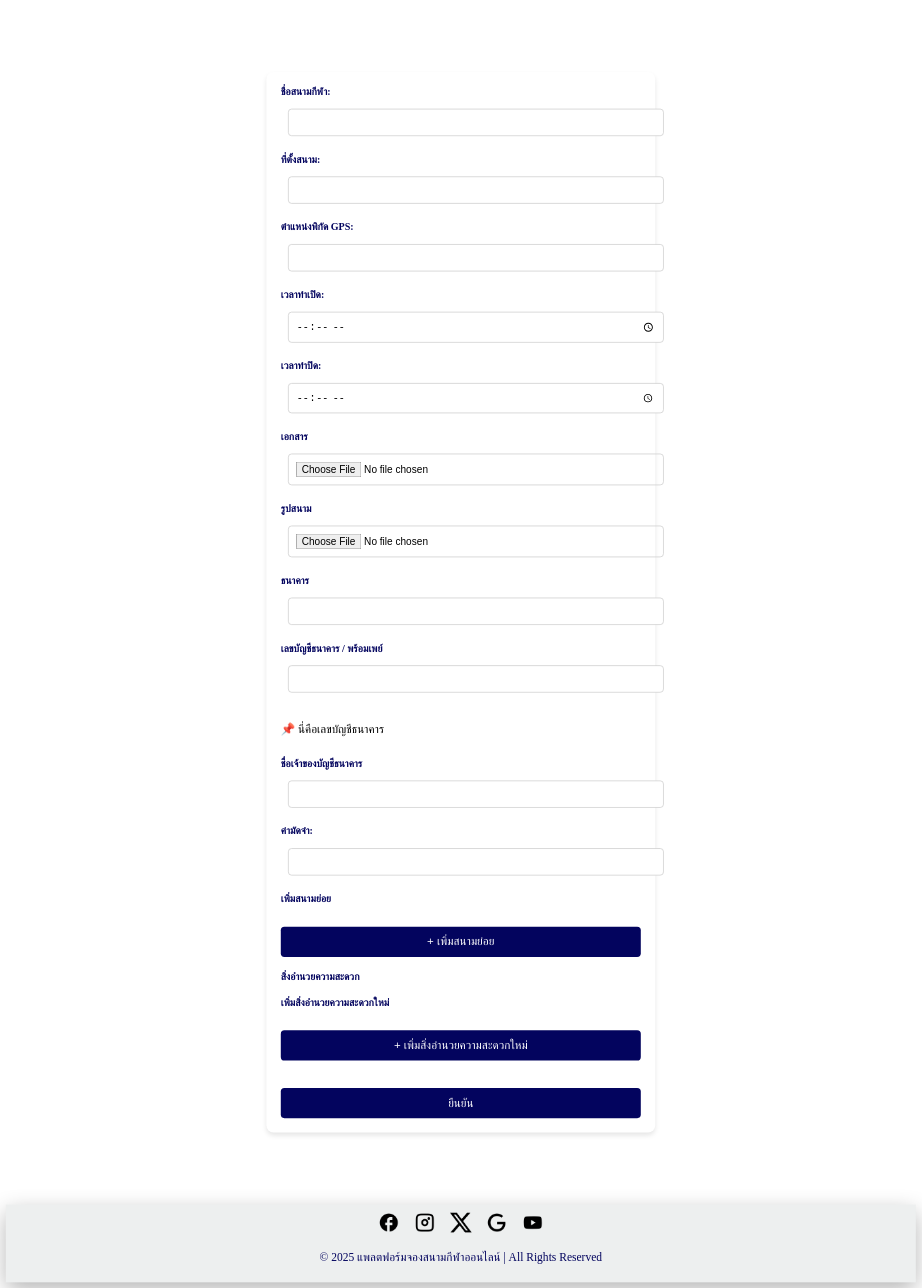
Repository: narawit101/project2
Page: /register-field (app in frontend/)
The author's editor kept a copy of each file at every save. The page is drawn from the files as they stood at one save, then again after the next save.
The browser window is 1280 px wide. The page is 1280 px wide, then 1282 px, so the pictures cover 1282 px, including what lies to the right of the window. The pictures show the whole page, at 72% of full size.
The page's requests for data from a server got no answer. The project was rebuilt for these pictures with package versions that can differ from the ones it lists, and the page was loaded fresh each time. The framework's server and built-in components were replaced by stand-ins that run in the browser. No one was signed in, and anything a server would have sent is missing. Also part of the build but not shown: frontend/next.config.js, frontend/next.config.mjs, frontend/src/app/globals.css.

Above is the page before, as saved 2025-03-18 23:45:22.

### frontend/src/app/layout.jsx
import { Kanit } from "next/font/google";
import "./globals.css";
import  Footer from "./components/Footer"

const kanitFont = Kanit({
  variable: "--font-kanit",
  subsets: ["latin", "thai"],
  weight: ["300", "400", "600"],
});

export const metadata = {
  title: "แพลตฟอร์มจองสนามกีฬาออนไลน์",
  description: "Generated by create next app",
  icons: {
    icon:"./favicon.ico"
  }
};

export default function RootLayout({ children }) {
  return (
    <html lang="en">
      <body className={`${kanitFont.variable} antialiased`}>{children}
      <Footer></Footer>
      </body>

    </html>
  );
}

### frontend/src/app/(shared)/register-field/page.jsx
import React from "react";
import RegisterFieldForm from "@/app/components/RegisterFieldForm";

export default function RegisterFieldPage() {
  return (
    <>
    <RegisterFieldForm></RegisterFieldForm>

    </>
  );
}

### frontend/src/app/components/Footer.jsx
import React from "react";
import "../css/footer.css";

export default function Footer() {
  return (
    <div>
      <footer className="footer">
        <div className="social-icons">
          <a href="#">
            <img src="img/fblogo.png" alt="Facebook" />
          </a>
          <a href="#">
            <img src="img/iglogo.png" alt="Instagram" />
          </a>
          <a href="#">
            <img src="img/xlogo.png" alt="Twitter" />
          </a>
          <a href="#">
            <img src="img/gglogo.png" alt="Google" />
          </a>
          <a href="#">
            <img src="img/ytlogo.png" alt="YouTube" />
          </a>
        </div>

        <p className="copyright">
          &copy; 2025 แพลตฟอร์มจองสนามกีฬาออนไลน์ | All Rights Reserved
        </p>
      </footer>
    </div>
  );
}

### frontend/src/app/components/RegisterFieldForm.jsx
"use client";
import React, { useState, useEffect } from "react";
import "../css/registerFieldForm.css";

export default function RegisterFieldForm() {
  const API_URL = "http://localhost:5000";

  const [sports, setSports] = useState([]);
  const [facilities, setFacilities] = useState([]);
  const [selectedFacilities, setSelectedFacilities] = useState({});
  const [subFields, setSubFields] = useState([]);
  const [addOns, setAddons] = useState([]);
  const [newFacility, setNewFacility] = useState("");
  const [showNewFacilityInput, setShowNewFacilityInput] = useState(false);

  const [fieldData, setFieldData] = useState({
    field_name: "",
    address: "",
    gps_location: "",
    documents: null,
    open_hours: "",
    close_hours: "",
    img_field: null,
    preview_img: null,
    number_bank: "",
    account_holder: "",
    price_deposit: "",
    name_bank: "",
    selectedSport: "",
  });

  // 📌 โหลดประเภทกีฬา
  useEffect(() => {
    fetch(`${API_URL}/sports_types`)
      .then((res) => res.json())
      .then((data) => setSports(data))
      .catch((error) => console.error("Error fetching sports:", error));
  }, []);

  // 📌 โหลดสิ่งอำนวยความสะดวก
  useEffect(() => {
    fetch(`${API_URL}/facilities`)
      .then((res) => res.json())
      .then((data) => setFacilities(data))
      .catch((error) => console.error("Error fetching facilities:", error));
  }, []);

  // 📌 อัปเดตค่าช่องกรอกข้อมูลสนาม
  const handleFieldChange = (e) => {
    setFieldData({ ...fieldData, [e.target.name]: e.target.value });
  };

  // 📌 ฟังก์ชันเลือก Checkbox สิ่งอำนวยความสะดวก
  const handleFacilityChange = (facId) => {
    setSelectedFacilities((prev) => {
      const updatedFacilities = { ...prev };
      if (updatedFacilities[facId] !== undefined) {
        delete updatedFacilities[facId];
      } else {
        updatedFacilities[facId] = "";
      }
      return updatedFacilities;
    });
  };

  // 📌 ฟังก์ชันอัปเดตราคาสิ่งอำนวยความสะดวก
  const handleFacilityPriceChange = (facId, price) => {
    setSelectedFacilities((prev) => ({
      ...prev,
      [facId]: price,
    }));
  };

  // 📌 ฟังก์ชันเพิ่มสิ่งอำนวยความสะดวกใหม่
  const addNewFacility = async () => {
    if (!newFacility.trim()) return;

    const res = await fetch(`${API_URL}/facilities/add`, {
      method: "POST",
      headers: { "Content-Type": "application/json" },
      body: JSON.stringify({ fac_name: newFacility }),
    });

    const data = await res.json();
    if (data.error) {
      console.error("Error:", data.error);
      return;
    }

    setFacilities([...facilities, data]);
    setNewFacility("");
    setShowNewFacilityInput(false);
  };

  // ✅ เพิ่มสนามย่อย (มี addOns ในตัวเอง)
  const addSubField = () => {
    // ✅ ดึง user_id จาก localStorage
    const storedUser = localStorage.getItem("user");
    const userData = storedUser ? JSON.parse(storedUser) : null;
    const userId = userData ? userData.user_id : null; // ดึง user_id

    setSubFields([
      ...subFields,
      { name: "", price: "", sport_id: "", user_id: userId, addOns: [] },
    ]);
  };

  // ✅ ลบสนามย่อย (รวมถึง Add-ons ที่อยู่ภายใน)
  const removeSubField = (index) => {
    setSubFields(subFields.filter((_, i) => i !== index));
  };

  // ✅ อัปเดตข้อมูลสนามย่อย
  const updateSubField = (index, key, value) => {
    const updatedSubFields = [...subFields];
    updatedSubFields[index][key] = value;
    setSubFields(updatedSubFields);
  };

  const addAddOn = (subIndex) => {
    const updatedSubFields = [...subFields];
    updatedSubFields[subIndex].addOns.push({ content: "", price: "" });
    setSubFields(updatedSubFields);
  };

  // 📌 อัปเดตค่า Add-on
  const updateAddOn = (subIndex, addOnIndex, key, value) => {
    const updatedSubFields = [...subFields];
    updatedSubFields[subIndex].addOns[addOnIndex][key] = value;
    setSubFields(updatedSubFields);
  };

  // 📌 ลบ Add-on
  const removeAddOn = (subIndex, addOnIndex) => {
    const updatedSubFields = [...subFields];
    updatedSubFields[subIndex].addOns.splice(addOnIndex, 1);
    setSubFields(updatedSubFields);
  };

  // 📌 ฟังก์ชันจัดการอัปโหลดรูป และแสดงตัวอย่าง
  const handleimgChange = (e) => {
    const file = e.target.files[0]; // ดึงไฟล์รูปจาก input
    if (file) {
      setFieldData({
        ...fieldData,
        img_field: file,
        imgPreview: URL.createObjectURL(file), // สร้าง URL เพื่อแสดงรูป
      });
    }
  };

  const handleSubmit = async (e) => {
    e.preventDefault();

    const storedUser = localStorage.getItem("user");
    if (!storedUser) {
      alert("❌ กรุณาเข้าสู่ระบบก่อน!");
      return;
    }

    const userData = JSON.parse(storedUser);
    const userId = userData.user_id; // ✅ ดึง user_id ตอน Submit

    const formData = new FormData();
    formData.append("documents", fieldData.documents);
    formData.append("img_field", fieldData.img_field); // ✅ เพิ่มการส่งรูปภาพ
    formData.append(
      "data",
      JSON.stringify({
        user_id: userId,
        field_name: fieldData.field_name,
        address: fieldData.address,
        gps_location: fieldData.gps_location,
        open_hours: fieldData.open_hours,
        close_hours: fieldData.close_hours,
        number_bank: fieldData.number_bank,
        account_holder: fieldData.account_holder,
        price_deposit: fieldData.price_deposit,
        name_bank: fieldData.name_bank,
        status: fieldData.status || "รอตรวจสอบ", // ✅ เพิ่มค่า Status
        selectedFacilities,
        subFields: subFields,
      })
    );

    try {
      const res = await fetch("http://localhost:5000/field/register", {
        method: "POST",
        body: formData,
      });

      const data = await res.json();
      if (data.error) {
        console.error("❌ Error:", data.error);
        alert("เกิดข้อผิดพลาด: " + data.error);
        return;
      }

      alert("บันทึกข้อมูลสนามเรียบร้อย! รูปภาพถูกอัปโหลดที่: " + data.img_path);
    } catch (error) {
      console.error("❌ Fetch Error:", error);
      alert("เกิดข้อผิดพลาดในการส่งข้อมูล");
    }
  };

  return (
    <div className="contianer">
      <form onSubmit={handleSubmit} encType="multipart/form-data">
        <div className="input-group">
          {" "}
          <label>ชื่อสนามกีฬา:</label>
          <input
            type="text"
            name="field_name"
            value={fieldData.field_name}
            onChange={handleFieldChange}
          />
        </div>
        <div className="input-group">
          <label>ที่ตั้งสนาม:</label>
          <input
            type="text"
            name="address"
            value={fieldData.address}
            onChange={handleFieldChange}
          />
        </div>
        <div className="input-group">
          <label>ตำแหน่งพิกัด GPS:</label>
          <input
            type="text"
            name="gps_location"
            value={fieldData.gps_location}
            onChange={handleFieldChange}
          />
        </div>
        <div className="input-group">
          <label>เวลาทำเปิด:</label>
          <input
            type="time"
            name="open_hours"
            value={fieldData.open_hours}
            onChange={handleFieldChange}
          />
        </div>
        <div className="input-group">
          <label>เวลาทำปิด:</label>
          <input
            type="time"
            name="close_hours"
            value={fieldData.close_hours}
            onChange={handleFieldChange}
          />
        </div>
        <div className="input-group">
          <label htmlFor="documents">เอกสาร</label>
          <input
            type="file"
            onChange={(e) =>
              setFieldData({ ...fieldData, documents: e.target.files[0] })
            }
          />
        </div>
        <div className="input-group">
          <label htmlFor="img_field">รูปสนาม</label>

          <input type="file" onChange={handleimgChange} accept="image/*" />
        </div>
        {/* ✅ แสดงรูปตัวอย่างถ้ามีการอัปโหลด */}
        {fieldData.imgPreview && (
          <div>
            <p>ตัวอย่างรูป:</p>
            <img
              src={fieldData.imgPreview}
              alt="Preview"
              style={{ width: "200px", height: "auto", marginTop: "10px" }}
            />
          </div>
        )}
        <div className="input-group">
          <label htmlFor="bank">ธนาคาร</label>
          <input
            type="text"
            name="name_bank"
            value={fieldData.name_bank}
            onChange={handleFieldChange}
          />
        </div>
        <div className="input-group">
          <label htmlFor="bank">เลขบัญชีธนาคาร / พร้อมเพย์</label>
          <input
            type="number"
            name="number_bank"
            value={fieldData.number_bank}
            onChange={(e) => {
              const value = e.target.value;

              // ✅ อนุญาตเฉพาะตัวเลข
              if (/^\d*$/.test(value)) {
                setFieldData({ ...fieldData, number_bank: value });
              }
            }}
            onBlur={() => {
              const isPromptPay = fieldData.name_bank === "พร้อมเพย์";
              const length = fieldData.number_bank.length;

              // ✅ ตรวจสอบความถูกต้องของเลขที่กรอก
              if (
                (!isPromptPay && length !== 12) || // ✅ ถ้าเป็นบัญชีธนาคารต้อง 12 หลัก
                (isPromptPay && length !== 10 && length !== 13) // ✅ ถ้าเป็นพร้อมเพย์ต้อง 10 หรือ 13 หลัก
              ) {
                alert("เลขที่กรอกไม่ถูกต้อง กรุณากรอกให้ตรงกับเงื่อนไข");
                setFieldData({ ...fieldData, number_bank: "" }); // ❌ เคลียร์ค่า
              }
            }}
            maxLength={13} // ✅ จำกัดสูงสุดที่ 13 หลัก
          />
        </div>
        <div className="input-group">
          <p>
            📌{" "}
            {fieldData.name_bank === "พร้อมเพย์"
              ? "นี่คือหมายเลขพร้อมเพย์"
              : "นี่คือเลขบัญชีธนาคาร"}
          </p>
        </div>
        <div className="input-group">
          <label htmlFor="bank">ชื่อเจ้าของบัญชีธนาคาร</label>
          <input
            type="text"
            name="account_holder"
            value={fieldData.account_holder}
            onChange={handleFieldChange}
          />
        </div>
        <div className="input-group">
          <label>ค่ามัดจำ:</label>
          <input
            type="number"
            name="price_deposit"
            value={fieldData.price_deposit}
            onChange={handleFieldChange}
          />
        </div>
        <div className="input-group">
          <label>เพิ่มสนามย่อย</label>
        </div>
        {subFields.map((sub, subIndex) => (
          <div
            key={subIndex}
            style={{
              border: "1px solid #ccc",
              padding: "10px",
              marginBottom: "10px",
            }}
          >
            {/* ✅ Input กรอกชื่อสนามย่อย */}
            <div className="input-group">
              <input
                type="text"
                placeholder="ชื่อสนามย่อย"
                value={sub.name}
                onChange={(e) =>
                  updateSubField(subIndex, "name", e.target.value)
                }
              />
            </div>
            {/* ✅ Input กรอกราคา */}
            <div className="input-group">
              <input
                type="number"
                placeholder="ราคา"
                value={sub.price}
                onChange={(e) =>
                  updateSubField(subIndex, "price", e.target.value)
                }
              />
            </div>

            {/* ✅ Dropdown เลือกประเภทกีฬา */}
            <div className="input-group">
              <select
                value={sub.sport_id}
                onChange={(e) =>
                  updateSubField(subIndex, "sport_id", e.target.value)
                }
              >
                <option value="">เลือกประเภทกีฬา</option>
                {sports.map((sport) => (
                  <option key={sport.sport_id} value={sport.sport_id}>
                    {sport.sport_name}
                  </option>
                ))}
              </select>
            </div>

            {/* ✅ ปุ่มเพิ่มกิจกรรมเพิ่มเติม (เฉพาะสนามนี้) */}
            <button
              className="addbtn"
              type="button"
              onClick={() => addAddOn(subIndex)}
            >
              เพิ่มกิจกรรมเพิ่มเติม
            </button>

            {/* ✅ ปุ่มลบสนามย่อย */}
            <button
              className="delbtn"
              type="button"
              onClick={() => removeSubField(subIndex)}
            >
              ลบสนามย่อย
            </button>

            {/* ✅ แสดงรายการกิจกรรมเพิ่มเติมที่อยู่ในสนามนี้ */}
            {sub.addOns.map((addon, addOnIndex) => (
              <div
                key={addOnIndex}
                style={{ marginLeft: "20px", marginTop: "5px" }}
              >
                {/* ✅ Input กรอกชื่อกิจกรรม */}
                <div className="input-group">
                  <input
                    type="text"
                    placeholder="ชื่อกิจกรรม"
                    value={addon.content}
                    onChange={(e) =>
                      updateAddOn(
                        subIndex,
                        addOnIndex,
                        "content",
                        e.target.value
                      )
                    }
                  />
                </div>
                {/* ✅ Input กรอกราคา */}
                <div className="input-group">
                  <input
                    type="number"
                    placeholder="ราคา"
                    value={addon.price}
                    onChange={(e) =>
                      updateAddOn(subIndex, addOnIndex, "price", e.target.value)
                    }
                  />
                </div>

                {/* ✅ ปุ่มลบกิจกรรมเพิ่มเติม */}
                <button
                  className="delevn"
                  type="button"
                  onClick={() => removeAddOn(subIndex, addOnIndex)}
                >
                  ลบกิจกรรมเพิ่มเติม
                </button>
              </div>
            ))}
          </div>
        ))}

        {/* ✅ ปุ่มเพิ่มสนามย่อย */}

        <button className="addsubfield" type="button" onClick={addSubField}>
          + เพิ่มสนามย่อย
        </button>
        <div className="input-group">
          <label>สิ่งอำนวยความสะดวก</label>
        </div>
        {facilities.map((fac) => (
          <div key={fac.fac_id}>
            <input
              type="checkbox"
              checked={selectedFacilities[fac.fac_id] !== undefined}
              onChange={() => handleFacilityChange(fac.fac_id)}
            />
            {fac.fac_name}
            {selectedFacilities[fac.fac_id] !== undefined && (
              <input
                type="number"
                placeholder="กำหนดราคา"
                value={selectedFacilities[fac.fac_id]}
                onChange={(e) =>
                  handleFacilityPriceChange(fac.fac_id, e.target.value)
                }
              />
            )}
          </div>
        ))}
        <div className="input-group">
          <label>เพิ่มสิ่งอำนวยความสะดวกใหม่</label>
        </div>
        {!showNewFacilityInput ? (
          <button className="addfac" type="button" onClick={() => setShowNewFacilityInput(true)}>
            + เพิ่มสิ่งอำนวยความสะดวกใหม่
          </button>
        ) : (
          <div>
            <input
              type="text"
              placeholder="ชื่อสิ่งอำนวยความสะดวก"
              value={newFacility}
              onChange={(e) => setNewFacility(e.target.value)}
            />
            <button className="savebtn" type="button" onClick={addNewFacility}>
              บันทึก
            </button>
            <button className="canbtn"
              type="button"
              onClick={() => setShowNewFacilityInput(false)}
            >
              ยกเลิก
            </button>
          </div>
        )}

        <br />
        <button type="submit">ยืนยัน</button>
      </form>
    </div>
  );
}

### frontend/src/app/css/footer.css
:root {
  --text-color: #03045e;
}
.footer {
  background: #edefef;
  padding: 10px 0;
  text-align: center;
  color: var(--text-color);
  position: relative;
  box-shadow: 0px 10px 30px rgba(0, 0, 0, 0.3);
}

.social-icons {
  display: flex;
  justify-content: center;
  gap: 20px;
  margin-bottom: 20px;
}

.social-icons a img {
  width: 30px;
  height: 30px;
  transition: transform 0.3s ease-in-out;
}

.social-icons a:hover img {
  transform: scale(1.1);
  filter: brightness(1.2);
}

.copyright {
  font-size: 16px;
}

### frontend/src/app/css/registerFieldForm.css
:root {
  --text-color: #03045e;
}

.contianer {
  max-width: 500px;
  margin: 100px auto;
  padding: 20px;
  background: #ffffff;
  box-shadow: 0 4px 8px rgba(0, 0, 0, 0.1);
  border-radius: 10px;
  text-align: left;
}
form {
  display: flex;
  flex-direction: column;
}

.input-group {
    margin-bottom: 15px;
    text-align: left;
  }

label {
  font-size: 14px;
  font-weight: 600;
  color: var(--text-color);
  display: block;
  margin-bottom: 5px;
}

input {
  margin: 10px;
  width: 100%;
  padding: 10px;
  border: 1px solid #ccc;
  border-radius: 5px;
  font-size: 14px;
  transition: 0.3s;
}

input:focus {
  border-color: var(--text-color);
  box-shadow: 0 0 5px rgba(3, 4, 94, 0.5);
  outline: none;
}
.addbtn {
    margin: 0px 0px 10px 0px;
}
.delbtn {
    margin: 0px 0px 10px 10px;
}
.delevn{
    margin: 0px 0px 10px 0px;
}
.addsubfield{
    margin: 10px 0px 20px 0px;
}
.addfac{
    margin: 10px 0px 20px 0px;
}
.savebtn{
    margin: 10px 0px 20px 0px;
}
.canbtn{
    margin: 10px 0px 20px 10px;

}
button {
  background: var(--text-color);
  color: white;
  border: none;
  padding: 12px;
  font-size: 16px;
  cursor: pointer;
  border-radius: 5px;
  transition: 0.3s;
}

button:hover {
  background: #02226c;
}

### frontend/tailwind.config.mjs
/** @type {import('tailwindcss').Config} */
export default {
  content: [
    "./src/pages/**/*.{js,ts,jsx,tsx,mdx}",
    "./src/components/**/*.{js,ts,jsx,tsx,mdx}",
    "./src/app/**/*.{js,ts,jsx,tsx,mdx}",
  ],
  theme: {
    extend: {
      colors: {
        background: "var(--background)",
        foreground: "var(--foreground)",
      },
    },
  },
  plugins: [],
};

After the next save:
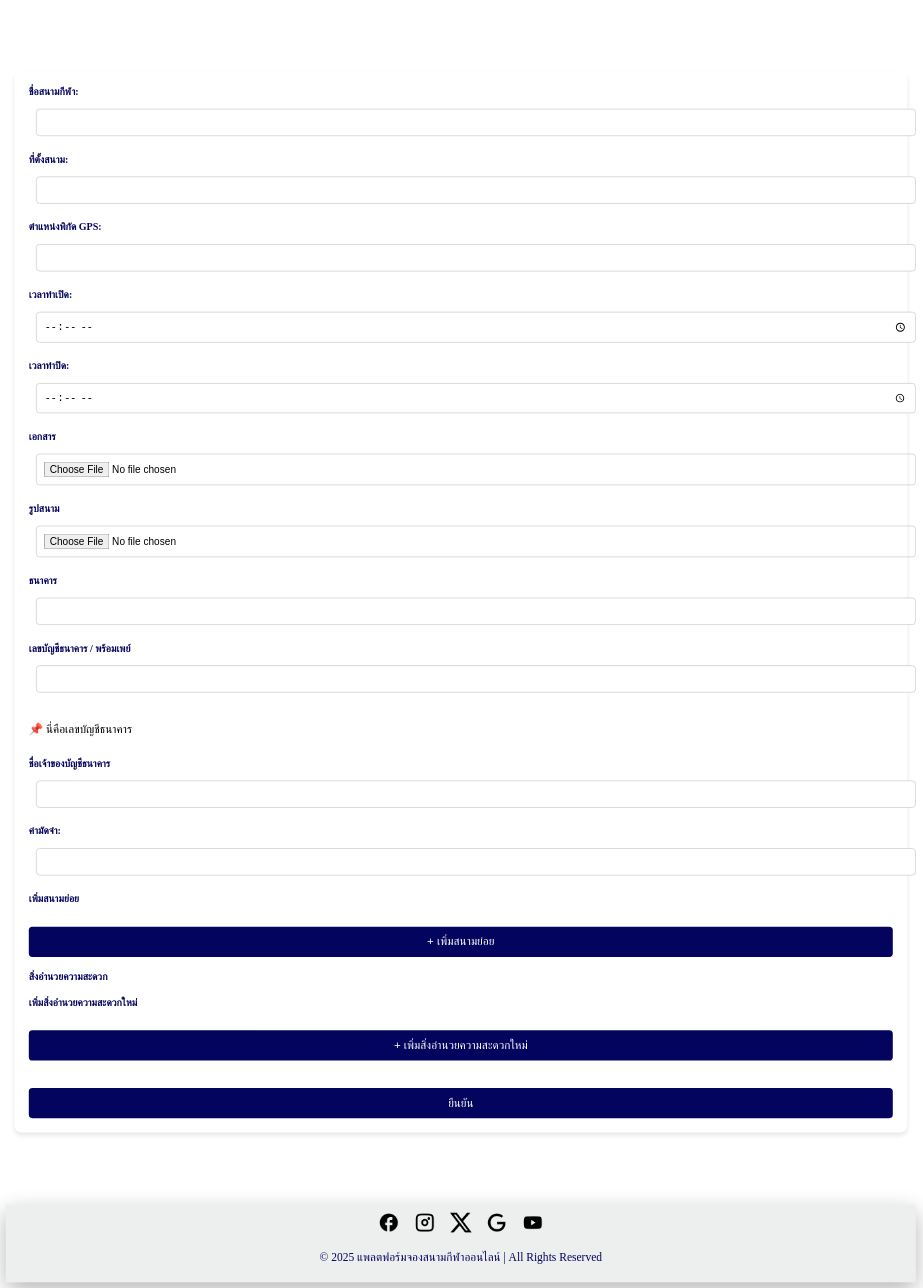
Saved 24 s later.
--- a/frontend/src/app/css/registerFieldForm.css
+++ b/frontend/src/app/css/registerFieldForm.css
@@ -3,7 +3,7 @@
 }
 
 .contianer {
-  max-width: 500px;
+  max-width: 1200px;
   margin: 100px auto;
   padding: 20px;
   background: #ffffff;
